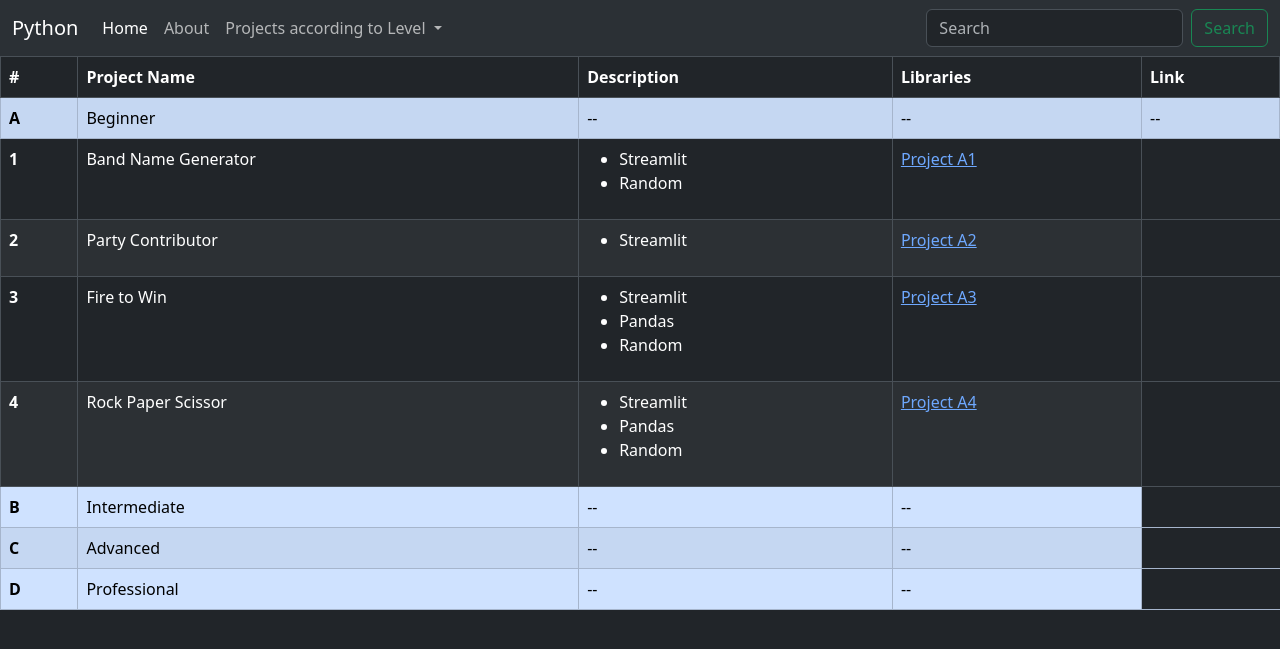
Repository: VictoriousMango/100-Python-Project
Page: index.html
An editor plug-in stored every save of this project. The page is shown before and after the next save, followed by the edit.
The browser window is 1280 px wide. The pictures show the whole page.

Above is the page before, as saved 2024-07-16 12:46:48.

### index.html
<!doctype html>
<html lang="en">
  <head>
    <!-- Required meta tags -->
    <meta charset="utf-8">
    <meta name="viewport" content="width=device-width, initial-scale=1, shrink-to-fit=no">

    <title>100 Python Project</title>
    <!-- Bootstrap CSS -->
    <link href="https://cdn.jsdelivr.net/npm/bootstrap@5.3.3/dist/css/bootstrap.min.css" rel="stylesheet" integrity="sha384-QWTKZyjpPEjISv5WaRU9OFeRpok6YctnYmDr5pNlyT2bRjXh0JMhjY6hW+ALEwIH" crossorigin="anonymous">    </head>

  </head>
  <body  data-bs-theme="dark">
    <nav class="navbar navbar-expand-lg bg-body-tertiary">
      <div class="container-fluid">
        <a href="#" class="navbar-brand" role="button" onclick="Toggling()">Python</a>
        <button class="navbar-toggler" type="button" data-bs-toggle="collapse" data-bs-target="#navbarSupportedContent" aria-controls="navbarSupportedContent" aria-expanded="false" aria-label="Toggle navigation">
          <span class="navbar-toggler-icon"></span>
        </button>
        <div class="collapse navbar-collapse" id="navbarSupportedContent">
          <ul class="navbar-nav me-auto mb-2 mb-lg-0">
            <li class="nav-item">
              <a class="nav-link active" href="https://victoriousmango.github.io/Portfolio/">Home</a>
            </li>
            <li class="nav-item">
              <a class="nav-link" href="#">About</a>
            </li>
            <li class="nav-item dropdown">
              <a class="nav-link dropdown-toggle" href="#" role="button" data-bs-toggle="dropdown" aria-expanded="true ">
                Projects according to Level
              </a>
              <ul class="dropdown-menu">
                <li><a class="dropdown-item" href="#Beginner">Beginner</a></li>
                <li><a class="dropdown-item" href="#Intermediate">Intermediate</a></li>
                <li><a class="dropdown-item" href="#Advanced">Advanced</a></li>
                <li><a class="dropdown-item" href="#Professional">Professional</a></li>
              </ul>
            </li>
          </ul>
        </div>
          <form class="d-flex" role="search">
            <input class="form-control me-2" type="search" placeholder="Search" aria-label="Search">
            <button class="btn btn-outline-success" type="submit">Search</button>
          </form>
      </div>
    </nav>


    <!-- Tabular Entry Start -->
    <table class="table table-bordered table-striped table table-hover">
      <thead>
        <tr>
          <th scope="col">#</th>
          <th scope="col">Project Name</th>
          <th scope="col">Description</th>
          <th scope="col">Libraries</th>
          <th scope="col">Link</th>
        </tr>
      </thead>
      <tbody>
        <!-- Beginner Projects -->
        <div class="Beginner" id="Beginner">
          <tr class="table-primary">
            <th scope="row">A</th>
            <td>Beginner</td>
            <td> -- </td>
            <td> -- </td>
            <td> -- </td>
          </tr>
          <tr>
            <th scope="row">1</th>
            <td>Band Name Generator</td>
            <td><ul>
              <li>Streamlit</li>
              <li>Random</li>
            </ul></td>
            <td>
              <a href="https://victoriousmango-100-python-project-home-python-scripts-li8dph.streamlit.app/Band_Name_Generator"  target="_blank">Project A1</a>
            </td>
          </tr>
          <tr>
            <th scope="row">2</th>
            <td>Party Contributor</td>
            <td><ul><li>Streamlit</li></ul></td>
            <td>
              <a href="https://victoriousmango-100-python-project-home-python-scripts-li8dph.streamlit.app/Party_Contributor"  target="_blank">Project A2</a>
            </td>
          </tr>
          <tr>
            <th scope="row">3</th>
            <td>Fire to Win</td>
            <td><ul>
              <li>Streamlit</li>
              <li>Pandas</li>
              <li>Random</li>
            </ul></td>
            <td>
              <a href="https://victoriousmango-100-python-project-home-python-scripts-li8dph.streamlit.app/Fire_to_Win"  target="_blank">Project A3</a>
            </td>
          </tr>
          <tr>
            <th scope="row">4</th>
            <td>Rock Paper Scissor</td>
            <td><ul>
              <li>Streamlit</li>
              <li>Pandas</li>
              <li>Random</li>
            </ul></td>
            <td>
              <a href="https://victoriousmango-100-python-project-home-python-scripts-li8dph.streamlit.app/RPS"  target="_blank">Project A4</a>
            </td>
          </tr>
        </div>

        <!-- Intermediate Project Links -->
        <div class="Intermediate" id="Intermediate">
          <tr class="table-primary">
            <th scope="row">B</th>
            <td>Intermediate</td>
            <td> -- </td>
            <td> -- </td>
          </tr>
        </div>

        <!-- Advanced Project Links -->
        <div class="Advanced" id="Advanced">
          <tr class="table-primary">
            <th scope="row">C</th>
            <td>Advanced</td>
            <td> -- </td>
            <td> -- </td>
          </tr>
        </div>

        <!-- Professional Links -->
        <div class="Professional" id="Professional">
          <tr class="table-primary">
            <th scope="row">D</th>
            <td>Professional</td>
            <td> -- </td>
            <td> -- </td>
          </tr>
        </div>

      </tbody>
    </table>
    <!-- Tabular Entry End -->
    <!-- Including JS -->
    <script src="https://cdn.jsdelivr.net/npm/bootstrap@5.3.3/dist/js/bootstrap.bundle.min.js" integrity="sha384-YvpcrYf0tY3lHB60NNkmXc5s9fDVZLESaAA55NDzOxhy9GkcIdslK1eN7N6jIeHz" crossorigin="anonymous"></script>
    <!-- JS for the web page -->
    <script>
      function Toggling() {
          console.log("Clicked the toggle button")
          console.log()
          var element = document.body;
          element.dataset.bsTheme = element.dataset.bsTheme=="light"?"dark":"light"
      }
  </script>
  </body>
</html>

After the next save:
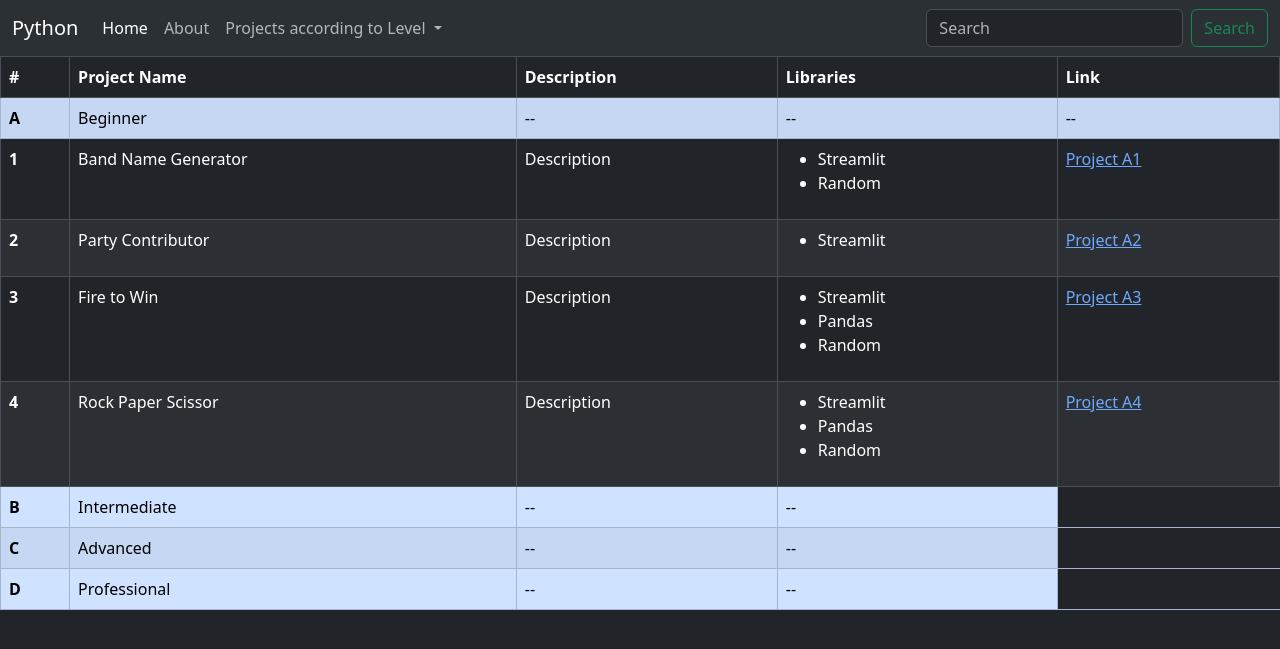
Saved 32 s later.
--- a/index.html
+++ b/index.html
@@ -70,6 +70,7 @@
           <tr>
             <th scope="row">1</th>
             <td>Band Name Generator</td>
+            <td>Description</td>
             <td><ul>
               <li>Streamlit</li>
               <li>Random</li>
@@ -81,6 +82,7 @@
           <tr>
             <th scope="row">2</th>
             <td>Party Contributor</td>
+            <td>Description</td>
             <td><ul><li>Streamlit</li></ul></td>
             <td>
               <a href="https://victoriousmango-100-python-project-home-python-scripts-li8dph.streamlit.app/Party_Contributor"  target="_blank">Project A2</a>
@@ -89,6 +91,7 @@
           <tr>
             <th scope="row">3</th>
             <td>Fire to Win</td>
+            <td>Description</td>
             <td><ul>
               <li>Streamlit</li>
               <li>Pandas</li>
@@ -101,6 +104,7 @@
           <tr>
             <th scope="row">4</th>
             <td>Rock Paper Scissor</td>
+            <td>Description</td>
             <td><ul>
               <li>Streamlit</li>
               <li>Pandas</li>
